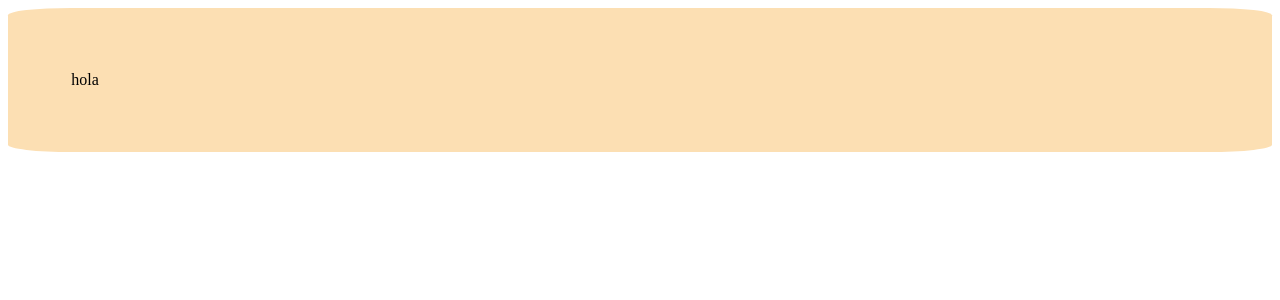
Repository: gabrielardevol/portfolio-react
Page: javascript_domestika/exercici_memory/html.html
These files come from the project's save history. The page is drawn as it stood at one moment and after the next save; the edit follows.
The browser window is 1280 px wide. The pictures show the whole page.

Above is the page before, as saved 2022-12-20 22:32:13.
Console error: TypeError: Cannot set properties of null (setting 'textContent')

### javascript_domestika/exercici_memory/html.html
<head>
  <meta charset="UTF-8">
  <style>
    .carta {
      border-radius: 5%;
      box-shadow: 1cm;
      padding: 5%;
      background-color: rgb(252, 223, 179);
    }
      </style>
</head>
<body>
  <div class = "carta"> hola </div>
  <script src = "js.js"></script>
</body>

### javascript_domestika/exercici_memory/js.js
arrayDeTargetas1 = ["🐷","🥵","🔥","🍆","💦","😛","👀","💋"]
text = document.querySelector("#text")
console.log(arrayDeTargetas1)
text.textContent = "adéu"

After the next save:
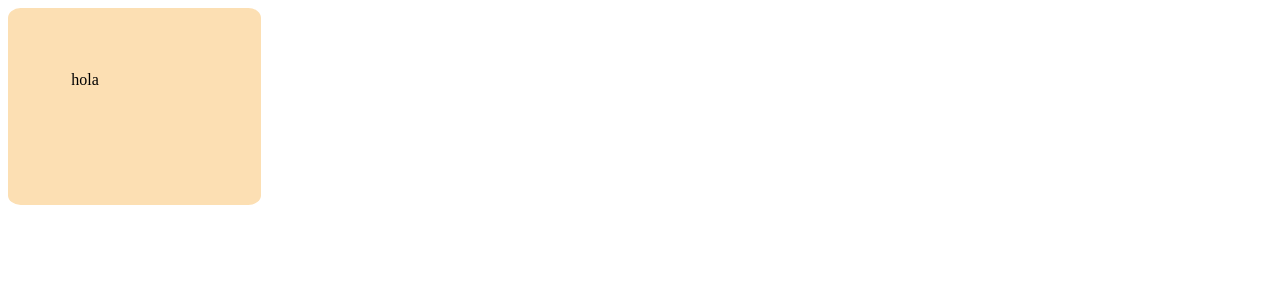
Saved 26 s later.
--- a/javascript_domestika/exercici_memory/html.html
+++ b/javascript_domestika/exercici_memory/html.html
@@ -6,6 +6,8 @@
       box-shadow: 1cm;
       padding: 5%;
       background-color: rgb(252, 223, 179);
+      width: 10%;
+      height: 10%;
     }
       </style>
 </head>
